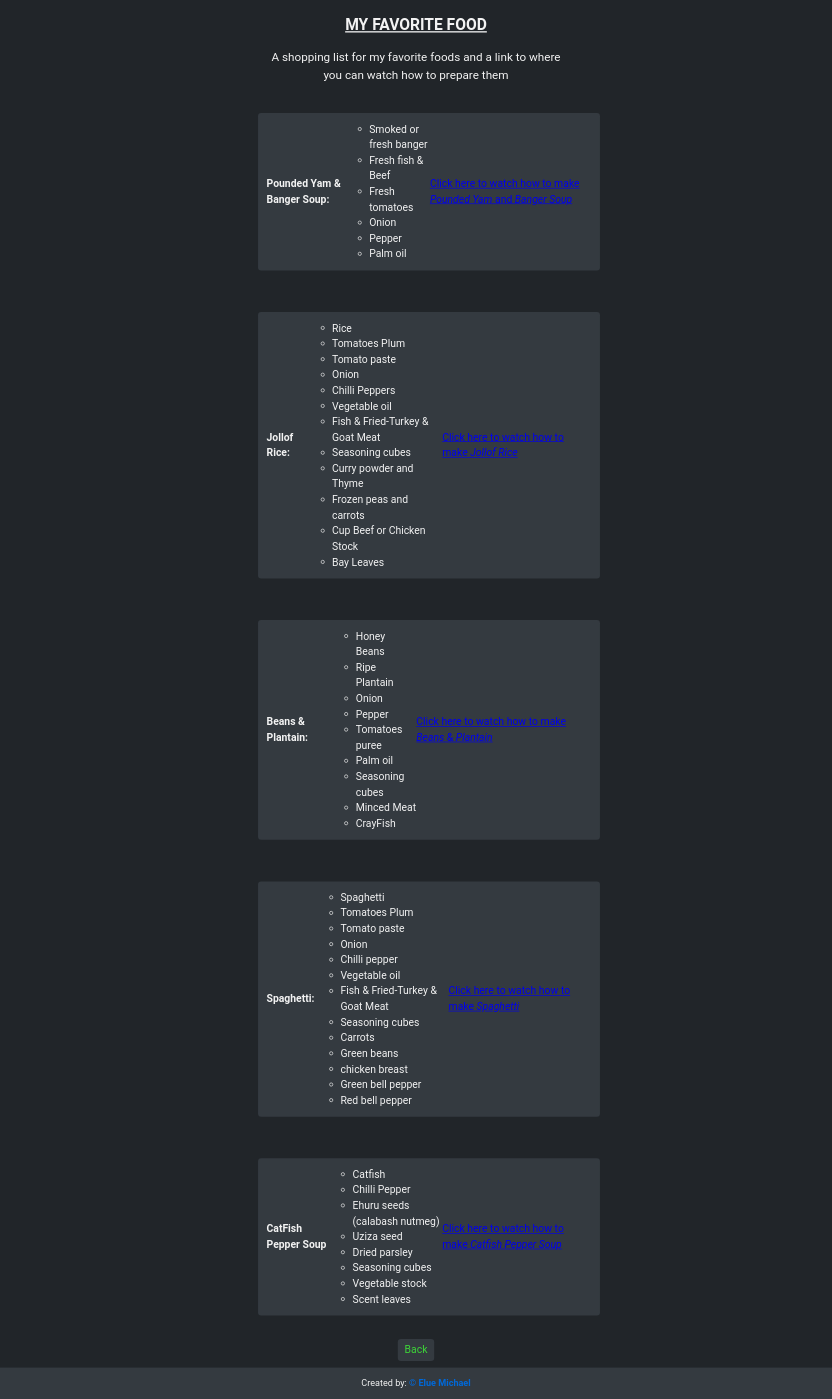
Repository: MikkyPrestige/html-website
Page: pages/food.html
These files come from the project's save history. The page is drawn as it stood at one moment and after the next save; the edit follows.
The browser window is 1280 px wide. The pictures show the whole page, at 65% of full size.

Above is the page before, as saved 2023-04-29 14:38:11.

### pages/food.html
<!DOCTYPE html>
<html lang="en">

<head>
  <meta charset="UTF-8">
  <meta http-equiv="X-UA-Compatible" content="IE=edge">
  <meta name="viewport" content="width=device-width, initial-scale=1.0">
  <title>Food</title>
  <link rel="stylesheet" href="../index.css">
</head>

<body>
  <main class="main">
    <section class="section">
      <div class="fav">
        <h1 class="fav-heading"><u>My favorite food</u></h1>
        <p class="fav-subheading">A shopping list for my favorite foods and a link to where you can watch how to prepare
          them</p>
      </div>
      <ol class="lists">
        <li class="food-list"><strong>Pounded Yam & Banger Soup:</strong>
          <ul class="food-lists">
            <li class="food-item">Smoked or fresh banger</li>
            <li class="food-item">Fresh fish & Beef</li>
            <li class="food-item">Fresh tomatoes</li>
            <li class="food-item">Onion</li>
            <li class="food-item">Pepper</li>
            <li class="food-item">Palm oil</li>
          </ul>
          <a href="https://www.youtube.com/watch?v=iiAYMcQz1eA" target="_blank" class="food-link">Click here to watch
            how to make
            <em>Pounded
              Yam</em>
            and <em>Banger Soup</em></a>
        </li>
        <div>&nbsp;</div>
        <li class="food-list"><strong>Jollof Rice:</strong>
          <ul class="food-lists">
            <li class="food-item">Rice</li>
            <li class="food-item">Tomatoes Plum</li>
            <li class="food-item">Tomato paste</li>
            <li class="food-item">Onion</li>
            <li class="food-item">Chilli Peppers</li>
            <li class="food-item">Vegetable oil</li>
            <li class="food-item">Fish & Fried-Turkey & Goat Meat</li>
            <li class="food-item">Seasoning cubes</li>
            <li class="food-item">Curry powder and Thyme</li>
            <li>Frozen peas and carrots</li>
            <li>Cup Beef or Chicken Stock</li>
            <li class="food-item">Bay Leaves</li>
          </ul>
          <a href="https://www.youtube.com/watch?v=z4tNAyRdo70" target="_blank" class="food-link">Click here to watch
            how to make
            <em>Jollof
              Rice</em></a>
        </li>
        <div>&nbsp;</div>
        <li class="food-list"><strong>Beans & Plantain:</strong>
          <ul class="food-lists">
            <li class="food-item">Honey Beans</li>
            <li class="food-item">Ripe Plantain</li>
            <li class="food-item">Onion</li>
            <li class="food-item">Pepper</li>
            <li class="food-item">Tomatoes puree</li>
            <li class="food-item">Palm oil</li>
            <li class="food-item">Seasoning cubes</li>
            <li class="food-item">Minced Meat</li>
            <li>CrayFish</li>
          </ul>
          <a href="https://www.youtube.com/watch?v=27Ioybrq1TY" target="_blank" class="food-link">Click here to watch
            how to make
            <em>Beans</em> & <em>Plantain</em></a>
        </li>
        <div>&nbsp;</div>
        <li class="food-list"><strong>Spaghetti:</strong>
          <ul class="food-lists">
            <li class="food-item">Spaghetti</li>
            <li class="food-item">Tomatoes Plum</li>
            <li class="food-item">Tomato paste</li>
            <li class="food-item">Onion</li>
            <li class="food-item">Chilli pepper</li>
            <li class="food-item">Vegetable oil</li>
            <li class="food-item">Fish & Fried-Turkey & Goat Meat</li>
            <li class="food-item">Seasoning cubes</li>
            <li class="food-item">Carrots</li>
            <li class="food-item">Green beans</li>
            <li class="food-item">chicken breast</li>
            <li class="food-item">Green bell pepper</li>
            <li class="food-item">Red bell pepper</li>
          </ul>
          <a href="https://www.youtube.com/watch?v=PoNZSSqjRvo" target="_blank" class="food-link">Click here to watch
            how to make
            <em>Spaghetti</em></a>
        </li>
        <div>&nbsp;</div>
        <li class="food-list"><strong>CatFish Pepper Soup</strong>
          <ul class="food-lists">
            <li class="food-item">Catfish</li>
            <li class="food-item">Chilli Pepper</li>
            <li class="food-item">Ehuru seeds (calabash nutmeg)</li>
            <li class="food-item">Uziza seed</li>
            <li class="food-item">Dried parsley</li>
            <li class="food-item">Seasoning cubes</li>
            <li class="food-item">Vegetable stock</li>
            <li class="food-item">Scent leaves</li>
          </ul>
          <a href="https://www.youtube.com/watch?v=PV-L4kaWrAI" target="_blank" class="food-link">Click here to watch
            how to make
            <em>Catfish
              Pepper Soup</em></a>
        </li>
      </ol>
      <div class="back">
        <a href="../index.html" class="back-link">Back</a>
      </div>
    </section>
    <footer class="footer">
      <p class="footer-text">Created by: <a href="#" target="_blank" class="footer-link">
          &copy; <strong>Elue Michael</strong>
        </a>
      </p>
    </footer>
  </main>
</body>

</html>

### index.css
body {
  background-color: #212529;
  font-family: 'Roboto', sans-serif;
  font-size: 16px;
  font-weight: 400;
  line-height: 1.5;
  color: #f3f3f3;
  text-align: left;
  margin: 0;
  padding: 0;
  width: 100%;
  height: 100vh;
}

.main {
  display: flex;
  flex-direction: column;
  justify-content: space-between;
  align-items: center;
  height: 100%;
}

.section {
  display: flex;
  flex-direction: column;
  justify-content: center;
  align-items: center;
  width: 100%;
}

.btn {
  background-color: #007bff;
  padding: 5px;
  border-radius: 5px;
  transition: all .15s ease-in-out;
  border: none;
  outline: none;
  margin: -20px 0 50px 0;
}

.btn:hover {
  background-color: #0069d9;
}

.btn-link {
  color: #f3f3f3;
  font-size: 14px;
  text-decoration: none;
  cursor: pointer;
}

.section1 {
  display: flex;
  flex-direction: column;
  justify-content: center;
  align-items: center;
}

.section1-header {
  font-size: 24px;
  font-weight: 700;
  margin-bottom: 5px;
  text-transform: uppercase;
}

.section1-content {
  display: flex;
  justify-content: space-around;
  align-items: center;
  width: 100%;
}

.section1-text {
  font-size: 18px;
  font-weight: 400;
}

.section1-link,
.section1-link:link,
.section1-link:visited {
  color: #0069d9;
  text-decoration: none;
  cursor: pointer;
}

.section1-link:hover {
  text-decoration: underline;
  color: #f3f3f3;
}

/* BOOKS CSS */
.fav {
  display: flex;
  flex-direction: column;
  justify-content: center;
  align-items: center;
}

.fav-heading {
  font-size: 24px;
  font-weight: 700;
  margin-bottom: 0px;
  text-transform: uppercase;
}

.fav-subheading {
  font-size: 18px;
  font-weight: 400;
  margin-bottom: 30px;
  width: 65%;
  text-align: center;
}

.books-lists {
  display: flex;
  flex-direction: column;
  justify-content: center;
  align-items: center;
  gap: 20px;
  list-style: none;
}

.books-item {
  width: 100%;
  max-width: 500px;
  padding: 13px;
  border-radius: 5px;
  background-color: #343a40;
}

.books-item:hover {
  background-color: #212529;
}

.books-link,
.books-link:link,
.books-link:visited {
  color: #f3f3f3;
  text-decoration: none;
  cursor: pointer;
}

.books-link:hover {
  text-decoration: underline;
}

.lists {
  display: flex;
  flex-direction: column;
  justify-content: center;
  gap: 20px;
  list-style: none;
}

.movie-list {
  display: flex;
  justify-content: space-between;
  align-items: center;
  width: 100%;
  max-width: 500px;
  padding: 13px;
  border-radius: 5px;
  background-color: #343a40;
}

.movie-list:hover {
  background-color: #212529;
}

.list--lists {
  display: flex;
  flex-direction: column;
  justify-content: center;
  gap: 5px;
}

.movie-link,
.movie-link:link,
.movie-link:visited {
  color: #f3f3f3;
  text-decoration: none;
  cursor: pointer;
}

.movie-link:hover {
  text-decoration: underline;
}

.game-lists {
  display: flex;
  flex-direction: column;
  justify-content: center;
  gap: 20px;
  list-style: none;
}

.game-list {
  display: flex;
  justify-content: space-between;
  align-items: center;
  width: 100%;
  max-width: 500px;
  padding: 13px;
  border-radius: 5px;
  background-color: #343a40;
}

.game-list:hover {
  background-color: #212529;
}

.game-link,
.game-link:link,
.game-link:visited {
  color: #f3f3f3;
  text-decoration: none;
  cursor: pointer;
}

.game-link:hover {
  text-decoration: underline;
}

.food-list {
  display: flex;
  justify-content: space-between;
  align-items: center;
  width: 100%;
  max-width: 500px;
  padding: 13px;
  border-radius: 5px;
  background-color: #343a40;
}

.place-list {
  display: flex;
  flex-direction: column;
  justify-content: center;
  align-items: center;
  width: 100%;
  max-width: 500px;
  padding: 13px;
  border-radius: 5px;
  background-color: #343a40;
}

.place-list:hover {
  background-color: #212529;
}

.place-lists {
  display: flex;
  flex-direction: column;
  justify-content: center;
  gap: 5px;
}

.place-link,
.place-link:link,
.place-link:visited {
  color: #0069d9;
  text-decoration: none;
  cursor: pointer;
}

.place-link:hover {
  text-decoration: underline;
  color: #f3f3f3;
}

.back {
  margin: 20px 0 10px 0;
  padding: 5px 10px;
  border-radius: 5px;
  background-color: #343a40;
}

.back:hover {
  background-color: #212529;
}

.back-link,
.back-link:link,
.back-link:visited {
  color: #3dd638;
  text-decoration: none;
  cursor: pointer;
}

.back-link:hover {
  text-decoration: underline;
}

.footer {
  display: flex;
  justify-content: center;
  align-items: center;
  width: 100%;
  height: 50px;
  background-color: #343a40;
}

.footer-text {
  font-size: 14px;
  font-weight: 400;
  color: #f3f3f3;
}

.footer-link,
.footer-link:link,
.footer-link:visited {
  color: #0069d9;
  text-decoration: none;
  cursor: pointer;
}

After the next save:
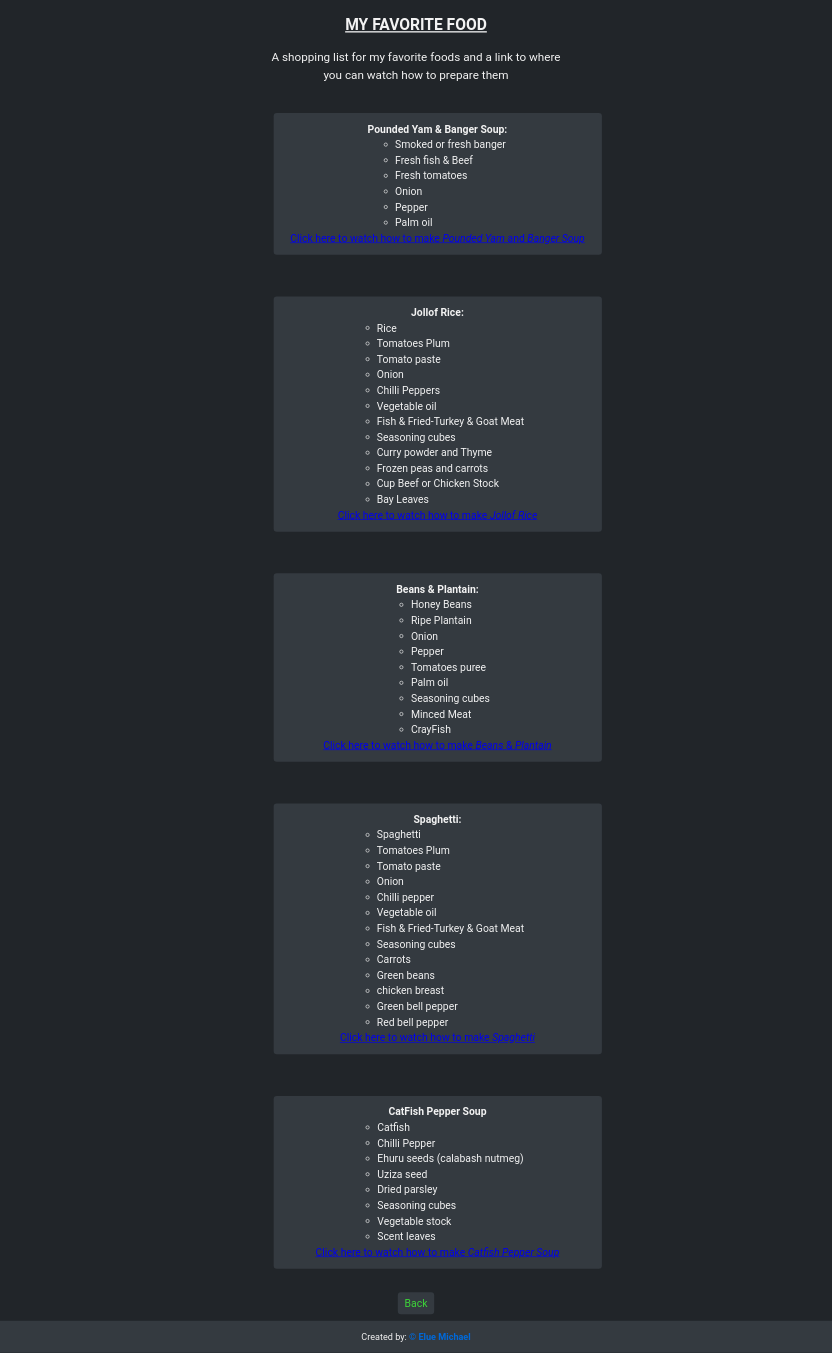
Saved 19 s later.
--- a/index.css
+++ b/index.css
@@ -223,7 +223,7 @@
 
 .food-list {
   display: flex;
-  justify-content: space-between;
+  flex-direction: column;
   align-items: center;
   width: 100%;
   max-width: 500px;
